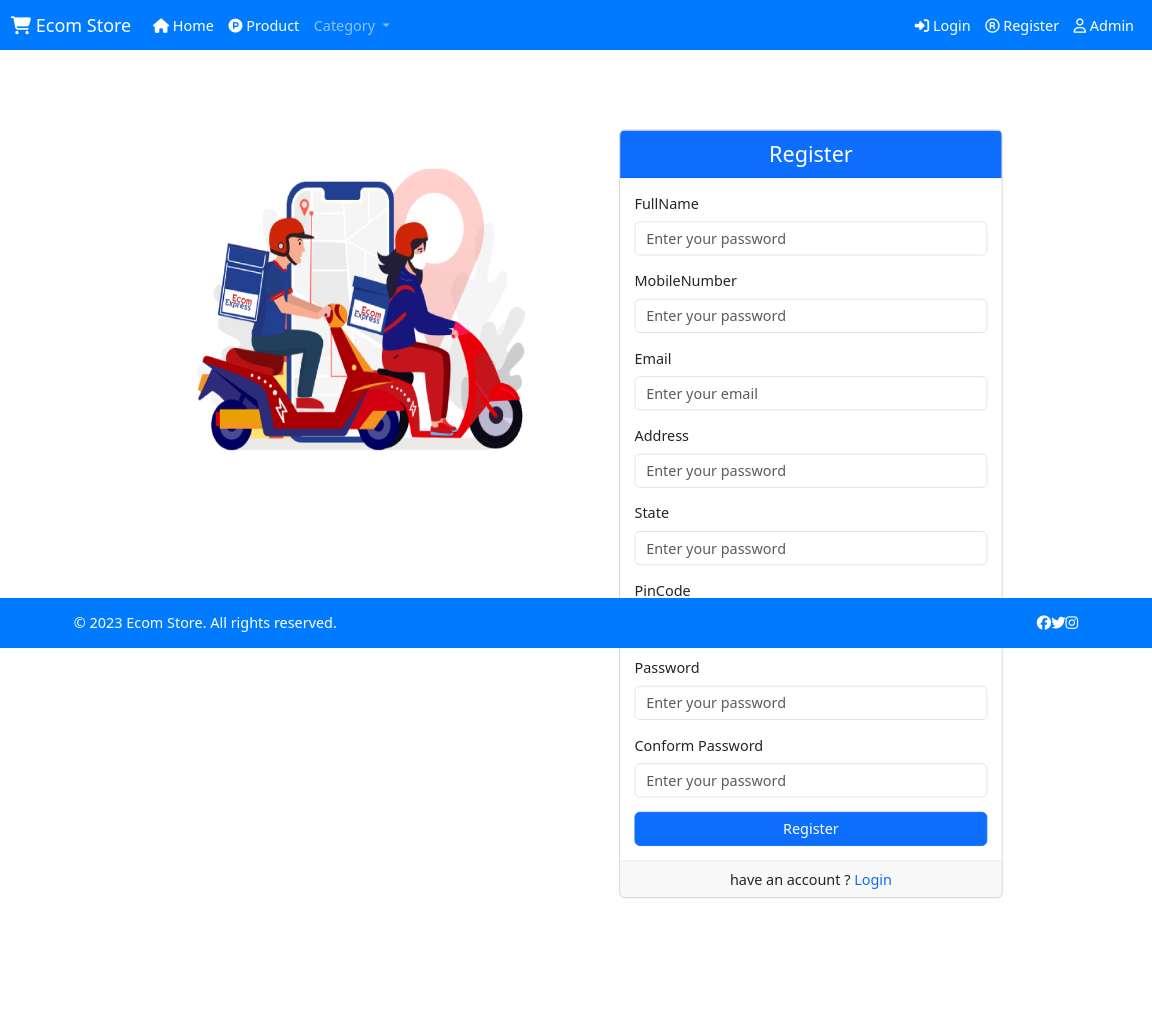
Repository: Deva-bot/EcomProject
Page: http://localhost/register
These files come from the project's save history. The page is drawn as it stood at one moment and after a run of saves; the edit follows.
The browser window is 1280 px wide. The pictures show the whole page, at 90% of full size.
The page is this project's Thymeleaf template; nobody is signed in. The template is opened directly, without the code that normally fills it, so the values that code supplies are empty.

Above is the page before, as saved 2024-07-12 14:58:17.

After the next 2 saves:
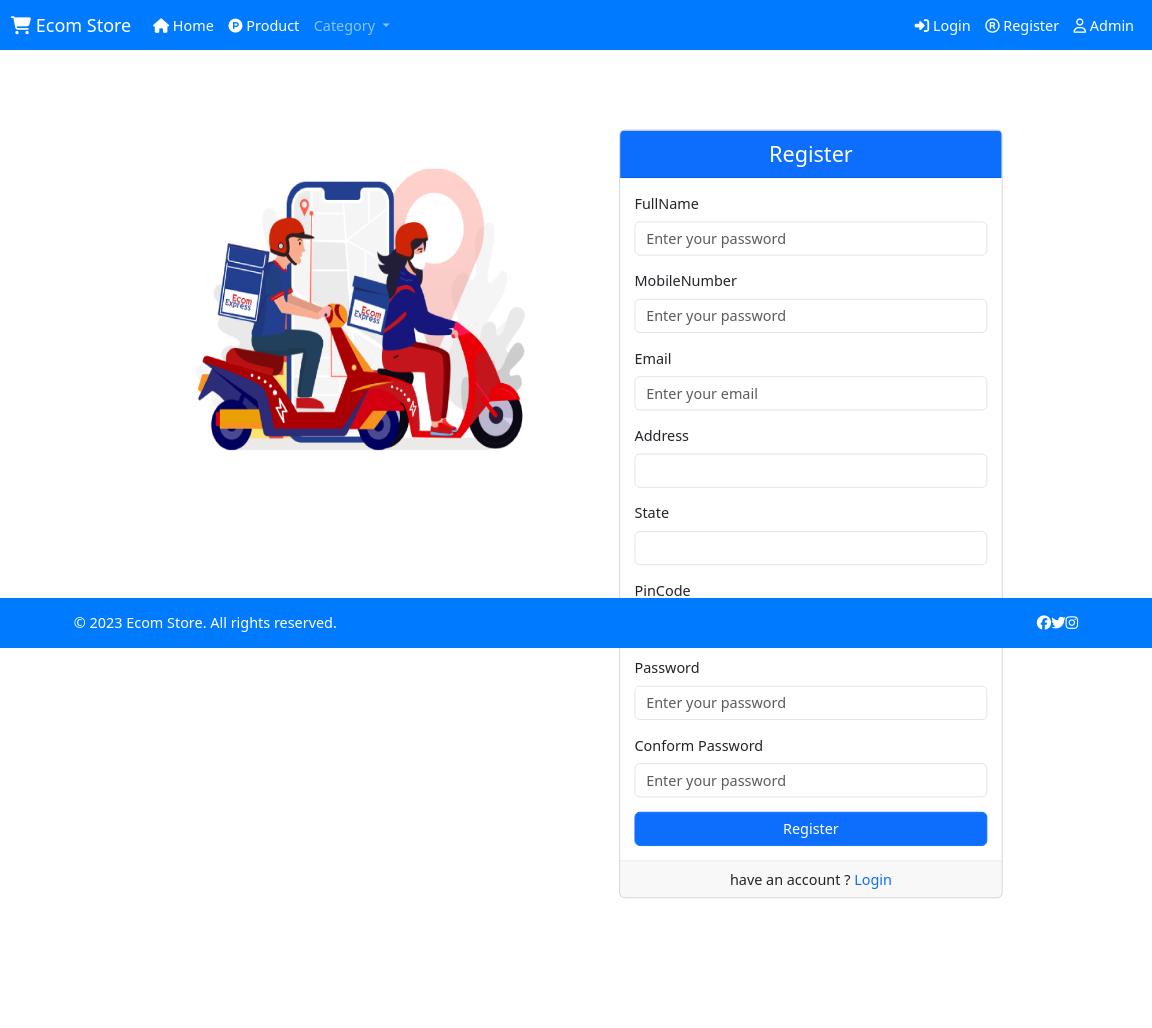
The 2 saves are shown as one change because 1 did not build or start.
The last was saved 68 s later.
--- a/Shopping_Cart/src/main/resources/templates/register.html
+++ b/Shopping_Cart/src/main/resources/templates/register.html
@@ -39,17 +39,17 @@
 								<div class="mb-3">
 									<label class="form-label" for="password">Address</label>
 									<input class="form-control" id="password" name="password" type="password"
-										placeholder="Enter your password">
+										>
 								</div>
 								<div class="mb-3">
 									<label class="form-label" for="password">State</label>
 									<input class="form-control" id="password" name="password" type="password"
-										placeholder="Enter your password">
+										>
 								</div>
 								<div class="mb-3">
 									<label class="form-label" for="password">PinCode</label>
 									<input class="form-control" id="password" name="password" type="password"
-										placeholder="Enter your password">
+										>
 								</div>
 								<div class="mb-3">
 									<label class="form-label" for="password">Password</label>
